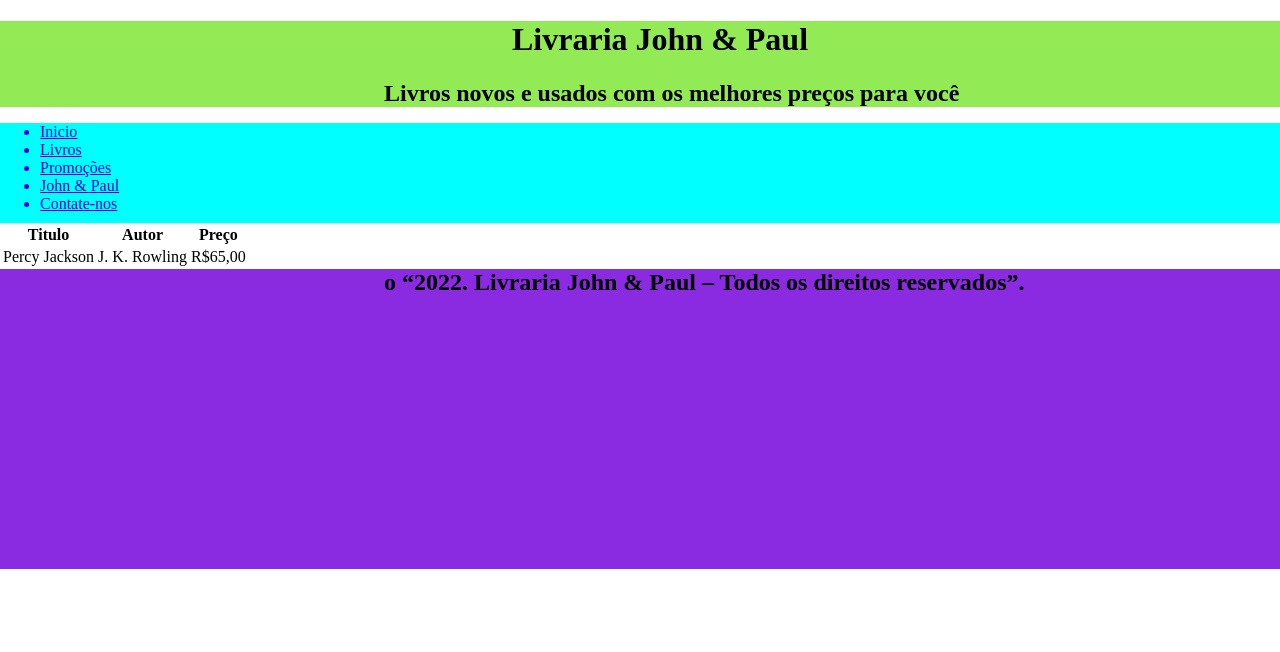
Repository: MarcoantonioCaldeira/Aprendizados-e-Conhecimentos
Page: Projeto-livraria/pages/produtos.html
The author's editor kept a copy of each file at every save. The page is drawn from the files as they stood at one save, then again after the next save.
The browser window is 1280 px wide. The pictures show the whole page.

Above is the page before, as saved 2022-05-25 13:45:09.

### Projeto-livraria/pages/produtos.html
<!DOCTYPE html>
<html lang="pt-BR">
    <head>
       <meta charset="utf-8">
       <link rel="stylesheet" href="../css/estilo.css">
       <title>Projeto livraria</title>
    </head>
    <body>
        <div id="topo">
            <h1>Livraria John & Paul</h1>
            <h2>Livros novos e usados com os melhores preços para você</h2>
        </div>

        <div id="menu">
            <ul>
                <a href="#"><li>Inicio</li></a>
                <a href="#"><li>Livros</li></a>
                <a href="#"><li>Promoções</li></a>
                <a href="pages/sobre.html"><li>John & Paul</li></a>
                <a href="#"><li>Contate-nos</li></a>
            </ul>
        </div>

        <div class="Sobre">

          <tbody>
            <table>
              <tr>
                <th>Titulo</th>
                <th>Autor</th>
                <th>Preço</th>
              </tr>
              <tr>
                <td>Percy Jackson</td>
                <td>J. K. Rowling</td>
                <td>R$65,00</td>
              </tr>
            </table>
          </tbody>

        </div>
        <div id="rodape">
            <h2>o “2022. Livraria John & Paul – Todos os direitos reservados”.</h2>
        </div>
    </body>
</html>

### Projeto-livraria/css/estilo.css
body, body, h2{
    margin: 0;
    padding: 0;
}

#topo{
    width: 100%;
    height: 10%;
    background-color: rgba(120, 231, 45, 0.808);
}

#menu{
    background-color: aqua;
    width: 100%;
    height: 100px;
}

.destaques{
    background-color: rgb(21, 64, 204);
    width: 100%;
    height: 2500px;
}

h1{
    margin-left: 40%;
}

h2{
    margin-left: 30%;
}

#rodape{
    width: 100%;
    height: 300px;
    background-color: blueviolet;

}

After the next save:
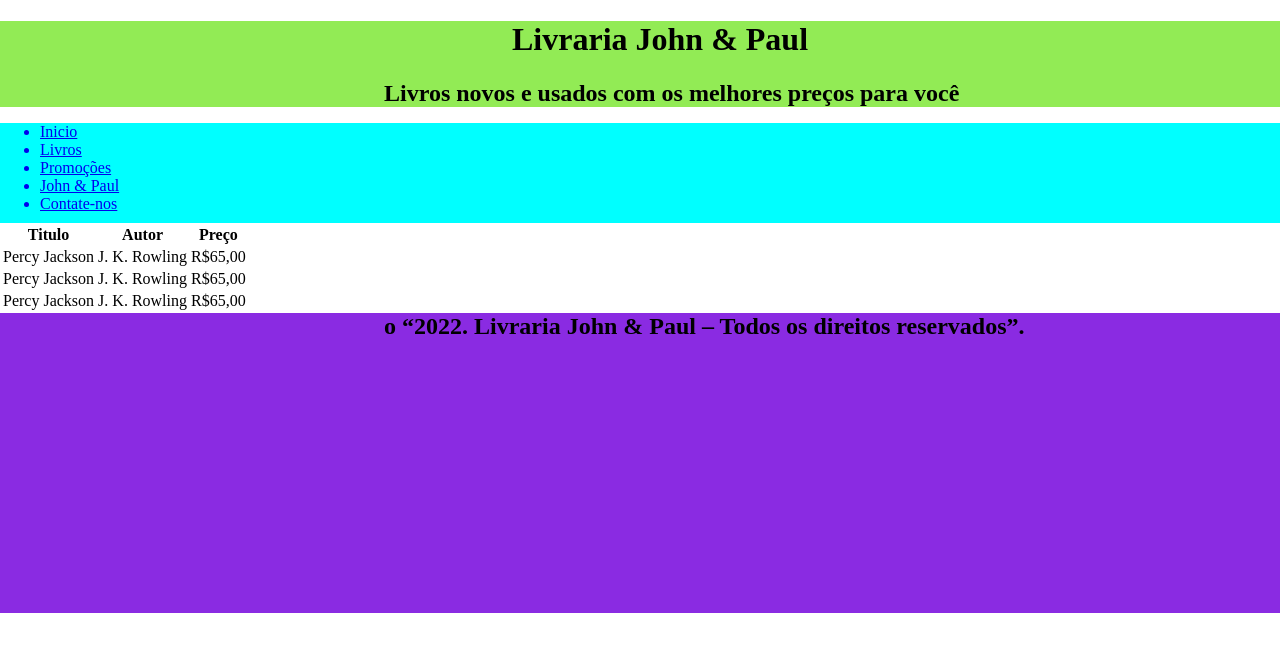
Saved 3 min 46 s later.
--- a/Projeto-livraria/pages/produtos.html
+++ b/Projeto-livraria/pages/produtos.html
@@ -35,6 +35,16 @@
                 <td>J. K. Rowling</td>
                 <td>R$65,00</td>
               </tr>
+              <tr>
+                <td>Percy Jackson</td>
+                <td>J. K. Rowling</td>
+                <td>R$65,00</td>
+              </tr>
+              <tr>
+                <td>Percy Jackson</td>
+                <td>J. K. Rowling</td>
+                <td>R$65,00</td>
+              </tr>
             </table>
           </tbody>
 
